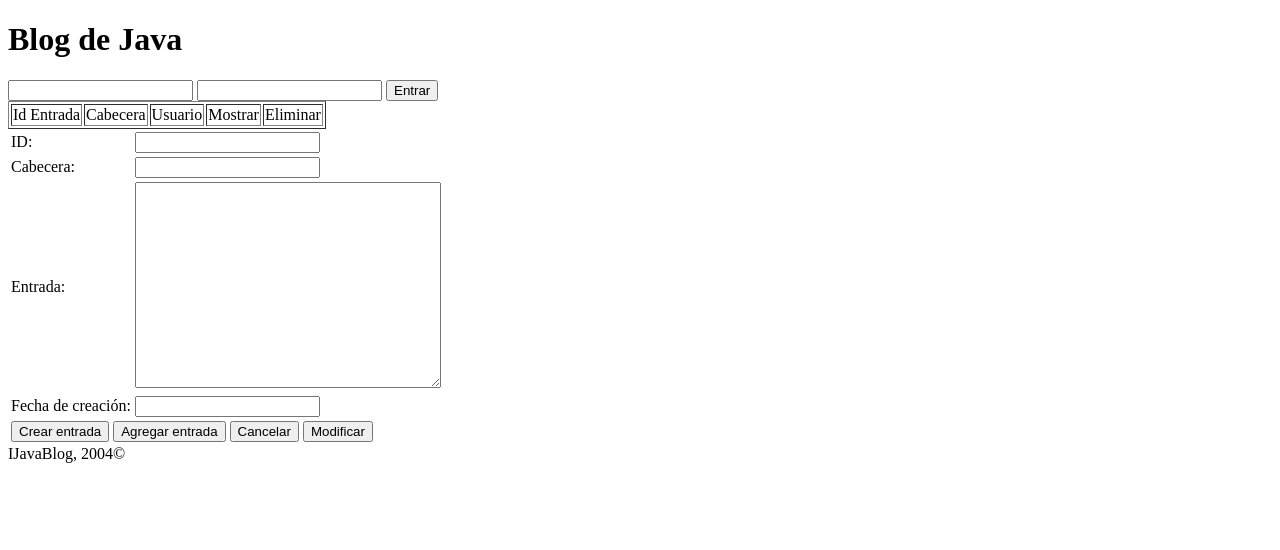
Repository: alruis/IJavaDreamBlog
Page: http://localhost/IJavaBlog/jsp/blog/inicio.jsp
An editor plug-in stored every save of this project. The page is shown before and after the next save, followed by the edit.
The browser window is 1280 px wide. The pictures show the whole page.
The page is served by Tomcat 9. Nobody is signed in. The application's start-up code is not run. The template is opened directly, without the code that normally fills it, so the values that code supplies are empty.

Above is the page before, as saved 2014-09-25 08:09:15.
Console error: ReferenceError: init is not defined

After the next save:
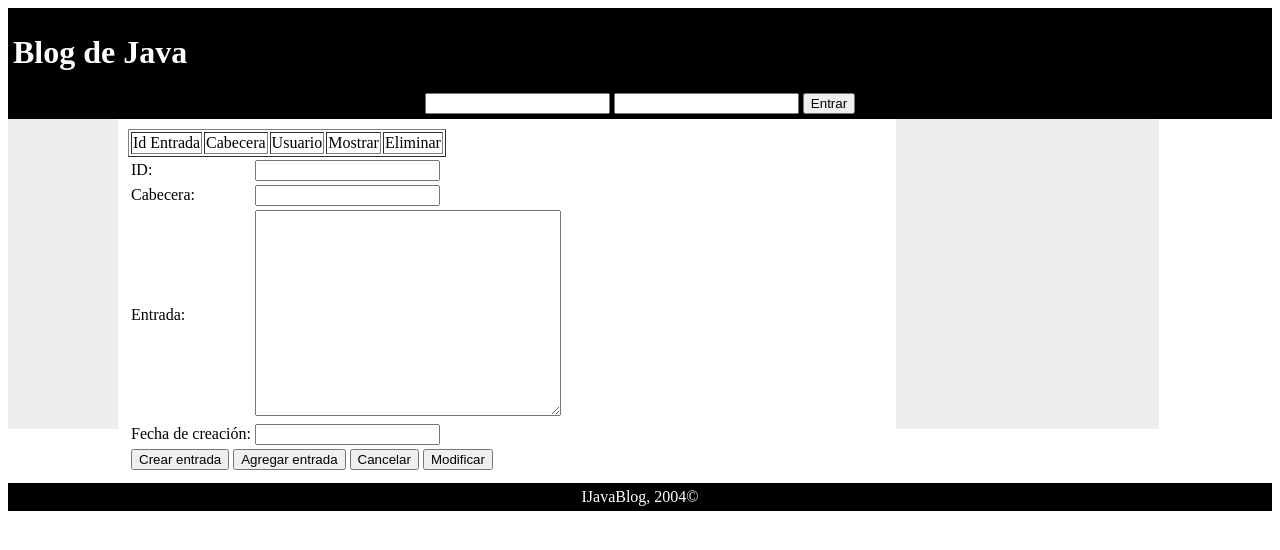
Saved 29 s later.
--- a/IJavaBlog/WebContent/jsp/blog/inicio.jsp
+++ b/IJavaBlog/WebContent/jsp/blog/inicio.jsp
@@ -11,19 +11,10 @@
 	<title>IJavaBlog</title>
 	<!-- <link href="css/comun.css" rel="stylesheet" type="text/css" />  -->
 	<!-- <link href="css/bootstrap.css" rel="stylesheet" type="text/css" />   -->
-
-
-	<style type="text/css">
+	<link href="css/ijavablog.css" rel="stylesheet" type="text/css" />
 
 
 
-
-
-
-
-
-
-	</style>
 
 	<script>
 
